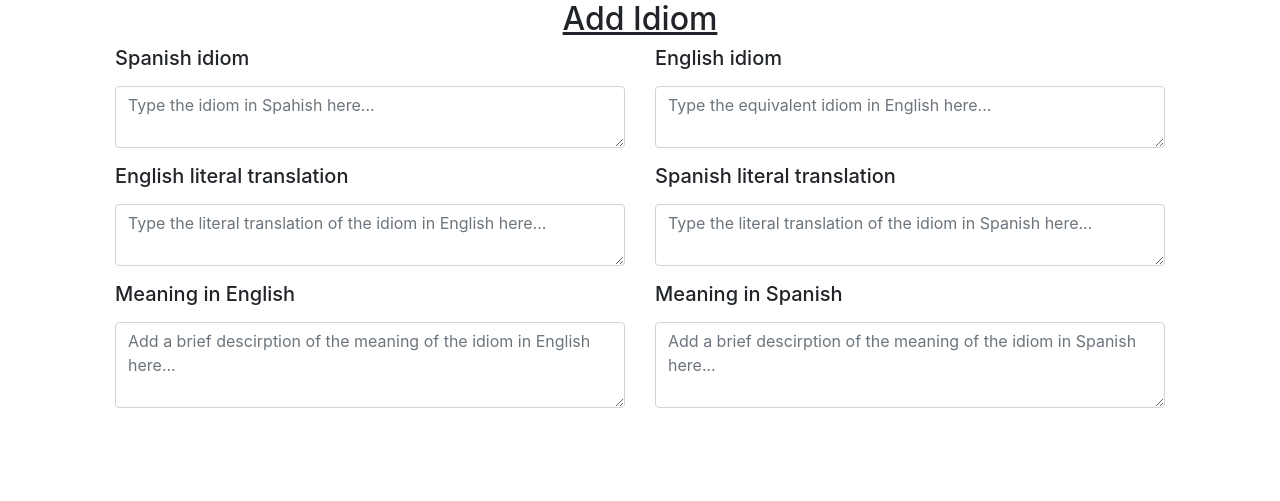
Repository: JK27/idioms-english-spanish
Page: http://localhost/add_idiom
The author's editor kept a record of every edit. The page is drawn from the files as they stood at one moment, then again after the next edit.
The browser window is 1280 px wide. The pictures show the whole page.
The page is served by the project's application, run on Flask 3 (idioms.py).

Above is the page before.
Console error: TypeError: Cannot read properties of undefined (reading 'fn')

### templates/addidiom.html
{% extends "base.html" %} {% block content %}

<h2>Add Idiom</h2>

<div class="container">
    <form>
        <div class="row">
            <div class="col-6">
                <div class="form-group">
                    <label for="idiom-spanish"><h5>Spanish idiom</h5></label>
                    <textarea class="form-control" id="form-input" name="spanish_idiom" rows="2" placeholder="Type the idiom in Spahish here..."></textarea>
                </div>


                <div class="form-group">
                    <label for="literal-english"><h5>English literal translation</h5></label>
                    <textarea class="form-control" id="form-input" name="english_literal" rows="2" placeholder="Type the literal translation of the idiom in English here..."></textarea>
                </div>
                <div class="form-group">
                    <label for="meaning-english"><h5>Meaning in English</h5></label>
                    <textarea class="form-control" id="form-input" name="english_meaning" rows="3" placeholder="Add a brief descirption of the meaning of the idiom in English here..."></textarea>
                </div>
            </div>

            <div class="col-6">
                <div class="form-group">
                    <label for="idiom-english"><h5>English idiom</h5></label>
                    <textarea class="form-control" id="form-input" name="english_idiom" rows="2" placeholder="Type the equivalent idiom in English here..."></textarea>
                </div>


                <div class="form-group">
                    <label for="literal-spanish"><h5>Spanish literal translation</h5></label>
                    <textarea class="form-control" id="form-input" name="spanish_literal" rows="2" placeholder="Type the literal translation of the idiom in Spanish here..."></textarea>
                </div>
                <div class="form-group">
                    <label for="meaning-spanish"><h5>Meaning in Spanish</h5></label>
                    <textarea class="form-control" id="form-input" name="spanish_meaning" rows="3" placeholder="Add a brief descirption of the meaning of the idiom in Spanish here..."></textarea>
                </div>
            </div>




        </div>
    </form>
</div>





{% endblock %}

### templates/base.html
<!DOCTYPE html>
<html lang="en">

<head>
    <meta charset="UTF-8">
    <meta name="viewport" content="width=device-width, initial-scale=1.0">
    <meta http-equiv="X-UA-Compatible" content="ie=edge">

    <link href="https://stackpath.bootstrapcdn.com/bootstrap/4.3.1/css/bootstrap.min.css" rel="stylesheet" integrity="sha384-ggOyR0iXCbMQv3Xipma34MD+dH/1fQ784/j6cY/iJTQUOhcWr7x9JvoRxT2MZw1T" crossorigin="anonymous">
    <link rel="stylesheet" href="{{url_for('static', filename='css/style.css')}}" type="text/css" />


    <script src="https://stackpath.bootstrapcdn.com/bootstrap/4.3.1/js/bootstrap.min.js" integrity="sha384-JjSmVgyd0p3pXB1rRibZUAYoIIy6OrQ6VrjIEaFf/nJGzIxFDsf4x0xIM+B07jRM" crossorigin="anonymous"></script>


    <title>Idioms English - Spanish</title>
</head>

<body>
    <div class="container">

        <!--<div class="card-deck">-->
          {% block content %}  {% endblock %}
        <!--</div>-->

    </div>
</body>

</html>

### idioms.py
import os
from flask import Flask, render_template, redirect, request, url_for
from flask_pymongo import PyMongo
from bson.objectid import ObjectId

app = Flask(__name__)

app.config["MONGO_DBNAME"] = "idioms-and-proverbs"
app.config["MONGO_URI"] = "mongodb+srv://jk27:07diciembre18@cluster0-9pga0.mongodb.net/idioms-and-proverbs?retryWrites=true&w=majority"

mongo = PyMongo(app)

@app.route("/")
@app.route("/get_idioms")
def get_idioms():
    return render_template("idioms.html", idioms=mongo.db.idioms.find())

@app.route("/add_idiom")
def add_idiom():
    return render_template("addidiom.html")

@app.route("/insert_idiom", methods=["POST"])
def insert_idiom():
    idioms = mongo.db.idioms
    idioms.insert_one(request.form.to_dict())
    return redirect(url_for("get_idioms"))



if __name__ == "__main__":
    app.run(host=os.environ.get("IP"),
            port=int(os.environ.get("PORT")),
            debug=True)

### static/css/style.css
h2 {
    text-align: center;
    text-decoration: underline;
}

.row {
    margin-right: 0px;
    margin-left: 0px;
}

.middle-column {
    border: 0;
    padding-top: 20px;
    text-align: center;
}

.card {
    margin-bottom: 15px;
}

After the next edit:
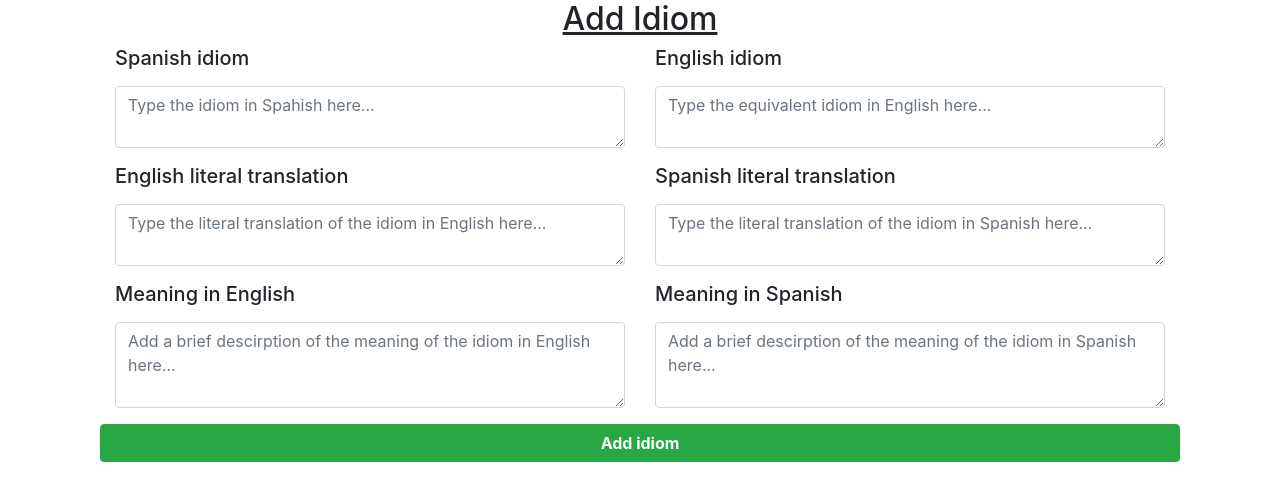
The edit:
--- a/templates/addidiom.html
+++ b/templates/addidiom.html
@@ -39,6 +39,8 @@
                 </div>
             </div>
 
+            <button type="button" class="btn btn-success btn-block"><strong>Add idiom</strong></button>
+
 
 
 
